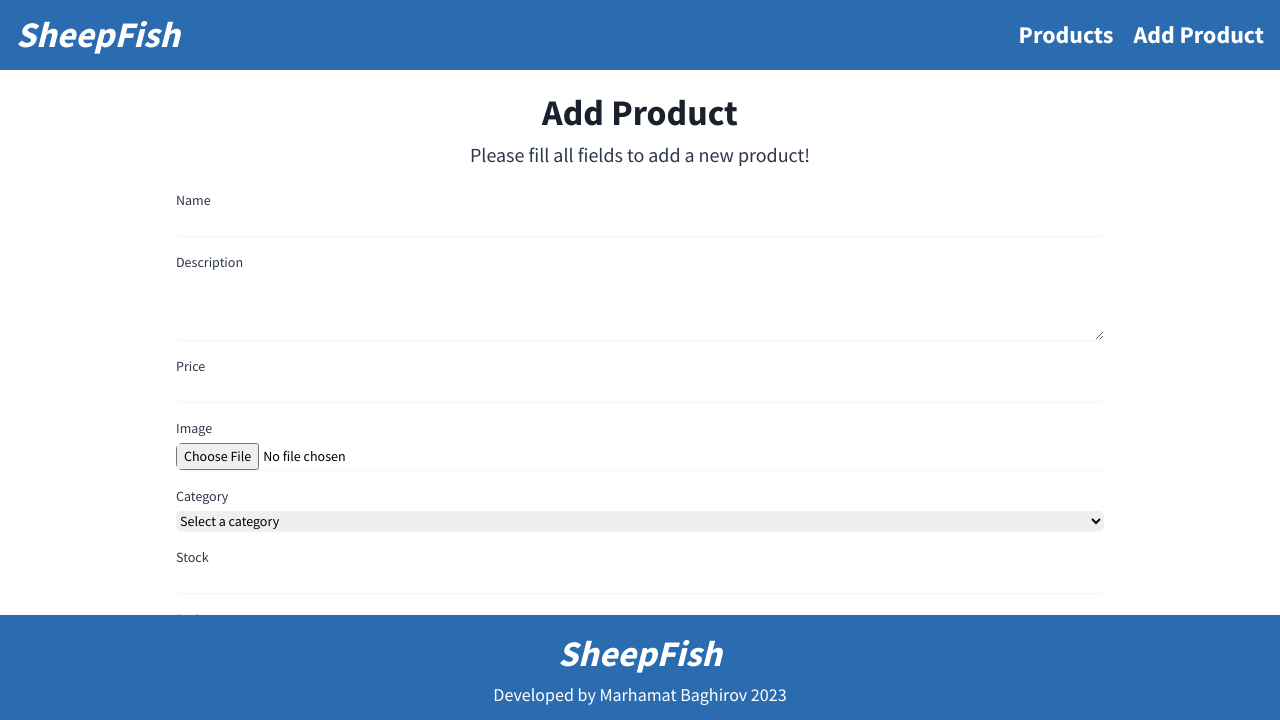
Repository: Marhamat92/sheep-fish-task
Page: /products/add
The author's editor kept a copy of each file at every save. The page is drawn from the files as they stood at one save, then again after the next save.
The browser window is 1280 px wide. The pictures show the whole page.
The project was rebuilt for these pictures with package versions that can differ from the ones it lists, and the page was loaded fresh each time. Also part of the build but not shown: src/App.css, src/components/SearchField.tsx, src/components/ListTable.tsx, src/pages/Products/ProductList.tsx.

Above is the page before, as saved 2023-03-28 19:49:16.

### public/index.html
<!DOCTYPE html>
<html lang="en">

<head>
  <meta charset="utf-8" />
  <link rel="icon" href="%PUBLIC_URL%/favicon.ico" />
  <meta name="viewport" content="width=device-width, initial-scale=1" />
  <meta name="theme-color" content="#000000" />
  <meta name="description" content="Web site created using create-react-app" />
  <link rel="apple-touch-icon" href="%PUBLIC_URL%/logo192.png" />
  <link rel="preconnect" href="https://fonts.googleapis.com">
  <link rel="preconnect" href="https://fonts.gstatic.com" crossorigin>
  <link href="https://fonts.googleapis.com/css2?family=Source+Sans+Pro:wght@200;300;400;600;700;900&display=swap"
    rel="stylesheet">
  <!--
      manifest.json provides metadata used when your web app is installed on a
      user's mobile device or desktop. See https://developers.google.com/web/fundamentals/web-app-manifest/
    -->
  <link rel="manifest" href="%PUBLIC_URL%/manifest.json" />
  <!--
      Notice the use of %PUBLIC_URL% in the tags above.
      It will be replaced with the URL of the `public` folder during the build.
      Only files inside the `public` folder can be referenced from the HTML.

      Unlike "/favicon.ico" or "favicon.ico", "%PUBLIC_URL%/favicon.ico" will
      work correctly both with client-side routing and a non-root public URL.
      Learn how to configure a non-root public URL by running `npm run build`.
    -->
  <title>SheepFish</title>
</head>

<body>
  <noscript>You need to enable JavaScript to run this app.</noscript>
  <div id="root"></div>
  <!--
      This HTML file is a template.
      If you open it directly in the browser, you will see an empty page.

      You can add webfonts, meta tags, or analytics to this file.
      The build step will place the bundled scripts into the <body> tag.

      To begin the development, run `npm start` or `yarn start`.
      To create a production bundle, use `npm run build` or `yarn build`.
    -->
</body>

</html>

### src/index.css
@tailwind base;
@tailwind components;
@tailwind utilities;


body {
  font-family: 'Source Sans Pro', sans-serif;
}

code {
  font-family: 'Source Sans Pro', sans-serif;
}

### src/App.tsx
import React from "react";
import logo from "./logo.svg";
import "./App.css";
import Header from "./components/Header";
import Layout from "./Layout/Layout";
import BaseRouter from "./routes";

function App() {
  return (
    <div>
      <Layout>
        <BaseRouter />
      </Layout>
    </div>
  );
}

export default App;

### src/Layout/Layout.tsx
import React from "react";
import Header from "../components/Header";
import Footer from "../components/Footer";

type Props = {
  children: React.ReactNode;
};

const Layout = ({ children }: Props) => {
  return (
    <div>
      <Header />
      {children}
      <Footer />
    </div>
  );
};

export default Layout;

### src/routes.js
import { Route, Routes } from "react-router-dom";
import React from "react";
import ProductList from "./pages/Products/ProductList";
import AddProduct from "./pages/Products/AddProduct";

const BaseRouter = () => (
  <Routes>
    <Route exact path="/" element={
      <ProductList />
    } />
    <Route exact path="/products"
      element={
        <ProductList />
      }
    />
    <Route exact path="/products/add" element={
      <AddProduct />
    } />
  </Routes>
);

export default BaseRouter;

### src/components/Header.tsx
import React, { useEffect, useState } from "react";
import { Link } from "react-router-dom";
import { BiMenu } from "react-icons/bi";

type Props = {};

const Header = (props: Props) => {
  const [mobileMenu, setMobileMenu] = useState(false);
  const [showMobileMenu, setShowMobileMenu] = useState(false);

  const checkScreenSize = () => {
    if (window.innerWidth <= 768) {
      setMobileMenu(true);
    } else {
      setMobileMenu(false);
      setShowMobileMenu(false);
    }
  };

  useEffect(() => {
    checkScreenSize();
    window.addEventListener("resize", checkScreenSize);
    return () => {
      window.removeEventListener("resize", checkScreenSize);
    };
  }, [mobileMenu]);

  return (
    <div className=' bg-mainPrimary '>
      <div className='container flex flex-row justify-between items-center py-2'>
        <div>
          <h1
            className='
            text-4xl font-bold text-white italic
          '
          >
            SheepFish
          </h1>
        </div>
        {mobileMenu ? (
          <BiMenu
            onClick={() => {
              setShowMobileMenu(true);
            }}
            className='text-3xl text-white'
          />
        ) : (
          <div className='flex flex-row justify-between space-x-5'>
            <Link to='/products'>
              <div
                className='text-2xl font-bold text-white hover:underline transition-all duration-300
          cursor-pointer'
              >
                Products
              </div>
            </Link>
            <Link to='/products/add'>
              <div className='text-2xl font-bold text-white hover:underline transition-all duration-300 cursor-pointer'>
                Add Product
              </div>
            </Link>
          </div>
        )}
        {showMobileMenu && (
          <div className='bg-mainTertiary h-screen absolute top-0 left-0 right-0 '>
            <div className='flex flex-col justify-center items-center'>
              <div className='text-2xl font-bold text-white hover:underline transition-all duration-300 cursor-pointer'>
                Products
              </div>
              <div className='text-2xl font-bold text-white hover:underline transition-all duration-300 cursor-pointer'>
                Add Product
              </div>
            </div>
          </div>
        )}
      </div>
    </div>
  );
};

export default Header;

### src/components/Footer.tsx
import React from "react";

type Props = {};

const Footer = ({}: Props) => {
  return (
    <div className='bg-mainPrimary py-3 absolute bottom-0 w-full'>
      <div className='container mx-auto flex flex-col items-center justify-center'>
        <h1 className='text-4xl font-bold text-white italic text-center'>
          SheepFish
        </h1>
        <p className='text-white font-regular text-lg text-center'>
          Developed by Marhamat Baghirov {new Date().getFullYear()}
        </p>
      </div>
    </div>
  );
};

export default Footer;

### src/pages/Products/AddProduct.tsx
import React from "react";
import Form from "../../components/Form";

type Props = {};

const AddProduct = (props: Props) => {
  return (
    <div className='container flex flex-col'>
      <div className='flex flex-col items-center justify-center mt-4'>
        <h1 className='text-4xl font-bold text-textPrimary'>Add Product</h1>
        <p className='text-textSecondary text-xl text-center'>
          Please fill all fields to add a new product!
        </p>
      </div>
      <div>
        <Form />
      </div>
    </div>
  );
};

export default AddProduct;

### src/components/Form.tsx
import React from "react";

type Props = {};

const Form = (props: Props) => {
  return (
    <div className='mt-5 px-40'>
      <form className='flex flex-col'>
        <div className='flex flex-col'>
          <label
            htmlFor='name'
            className='text-textSecondary text-sm font-medium'
          >
            Name
          </label>
          <input
            type='text'
            name='name'
            id='name'
            className='mt-1 focus:ring-indigo-500 focus:border-indigo-500 block w-full shadow-sm sm:text-sm border-black rounded-md'
          />
        </div>
        <div className='flex flex-col mt-4'>
          <label
            htmlFor='description'
            className='text-textSecondary text-sm font-medium'
          >
            Description
          </label>
          <textarea
            name='description'
            id='description'
            rows={3}
            className='mt-1 focus:ring-indigo-500 focus:border-indigo-500 block w-full shadow-sm sm:text-sm border-gray-300 rounded-md'
            defaultValue={""}
          />
        </div>
        <div className='flex flex-col mt-4'>
          <label
            htmlFor='price'
            className='text-textSecondary text-sm font-medium'
          >
            Price
          </label>
          <input
            type='number'
            name='price'
            id='price'
            className='mt-1 focus:ring-indigo-500 focus:border-indigo-500 block w-full shadow-sm sm:text-sm border-gray-300 rounded-md'
          />
        </div>
        <div className='flex flex-col mt-4'>
          <label
            htmlFor='image'
            className='text-textSecondary text-sm font-medium'
          >
            Image
          </label>
          <input
            type='file'
            name='image'
            id='image'
            className='mt-1 focus:ring-indigo-500 focus:border-indigo-500 block w-full shadow-sm sm:text-sm border-gray-300 rounded-md'
          />
        </div>
        <div className='flex flex-col mt-4'>
          <label
            htmlFor='category'
            className='text-textSecondary text-sm font-medium'
          >
            Category
          </label>
          <select
            name='category'
            id='category'
            className='mt-1 focus:ring-indigo-500 focus:border-indigo-500 block w-full shadow-sm sm:text-sm border-gray-300 rounded-md'
          >
            <option value=''>Select a category</option>
            <option value='electronics'>Electronics</option>
          </select>
        </div>
        <div className='flex flex-col mt-4'>
          <label
            htmlFor='stock'
            className='text-textSecondary text-sm font-medium'
          >
            Stock
          </label>
          <input
            type='number'
            name='stock'
            id='stock'
            className='mt-1 focus:ring-indigo-500 focus:border-indigo-500 block w-full shadow-sm sm:text-sm border-gray-300 rounded-md'
          />
        </div>
        <div className='flex flex-col mt-4'>
          <label
            htmlFor='rating'
            className='text-textSecondary text-sm font-medium'
          >
            Rating
          </label>
          <input
            type='number'
            name='rating'
            id='rating'
            className='mt-1 focus:ring-indigo-500 focus:border-indigo-500 block w-full shadow-sm sm:text-sm border-gray-300 rounded-md'
          />
        </div>
        <button
          type='submit'
          className='mt-4 bg-indigo-500 hover:bg-indigo-700 text-white font-bold py-2 px-4 rounded'
        >
          Add Product
        </button>
      </form>
    </div>
  );
};

export default Form;

### tailwind.config.js
/** @type {import('tailwindcss').Config} */
module.exports = {
  content: ["./src/**/*.{js,jsx,ts,tsx}",],
  theme: {
    extend: {
      colors: {
        "textPrimary": "#1a202c",
        "textSecondary": "#2d3748",
        "textTertiary": "#4a5568",
        "mainPrimary": "#2b6cb0",
        "mainSecondary": "#4299e1",
        "mainTertiary": "#63b3ed",
        "success": "#48bb78",
        "danger": "#e53e3e",
        "warning": "#dd6b20",
        "info": "#3182ce",
        "light": "#f7fafc",
        "dark": "#1a202c",
        "white": "#fff",
        "black": "#000",
        //close this
      },
      fontFamily: {
        sans: ["Roboto", "sans-serif"],
      },
      fontSize: {
        "xs": ".75rem",
        "sm": ".875rem",
        "tiny": ".875rem",
        "base": "1rem",
        "lg": "1.125rem",
        "xl": "1.25rem",
        "2xl": "1.5rem",
        "3xl": "1.875rem",
        "4xl": "2.25rem",
        "5xl": "3rem",
        "6xl": "4rem",
        "7xl": "5rem",
        "8xl": "6rem",
        "9xl": "7rem",
        "10xl": "8rem",
      },
      spacing: {
        "0": "0",
        "1": "0.25rem",
        "2": "0.5rem",
        "3": "0.75rem",
        "4": "1rem",
        "5": "1.25rem",
        "6": "1.5rem",
        "8": "2rem",
      },
      boxShadow: {
        "xs": "0 0 0 1px rgba(0, 0, 0, 0.05)",
        "sm": "0 1px 2px 0 rgba(0, 0, 0, 0.05)",
        "default": "0 1px 3px 0 rgba(0, 0, 0, 0.1), 0 1px 2px 0 rgba(0, 0, 0, 0.06)",
        "md": "0 4px 6px -1px rgba(0, 0, 0, 0.1), 0 2px 4px -1px rgba(0, 0, 0, 0.06)",
        "lg": "0 10px 15px -3px rgba(0, 0, 0, 0.1), 0 4px 6px -2px rgba(0, 0, 0, 0.05)",
        "xl": "0 20px 25px -5px rgba(0, 0, 0, 0.1), 0 10px 10px -5px rgba(0, 0, 0, 0.04)",
        "2xl": "0 25px 50px -12px rgba(0, 0, 0, 0.25)",
      },
      screens: {
        "xs": "320px",
        "sm": "640px",
        "md": "768px",
        "lg": "1024px",
        "xl": "1280px",
        "2xl": "1536px",
      },

      container: {
        center: true,
        padding: "1rem",
      },

    },
    plugins: [




    ],
  }
}

Loaded but not shown: src/index.tsx (common file); src/reportWebVitals.ts (common file)

After the next save:
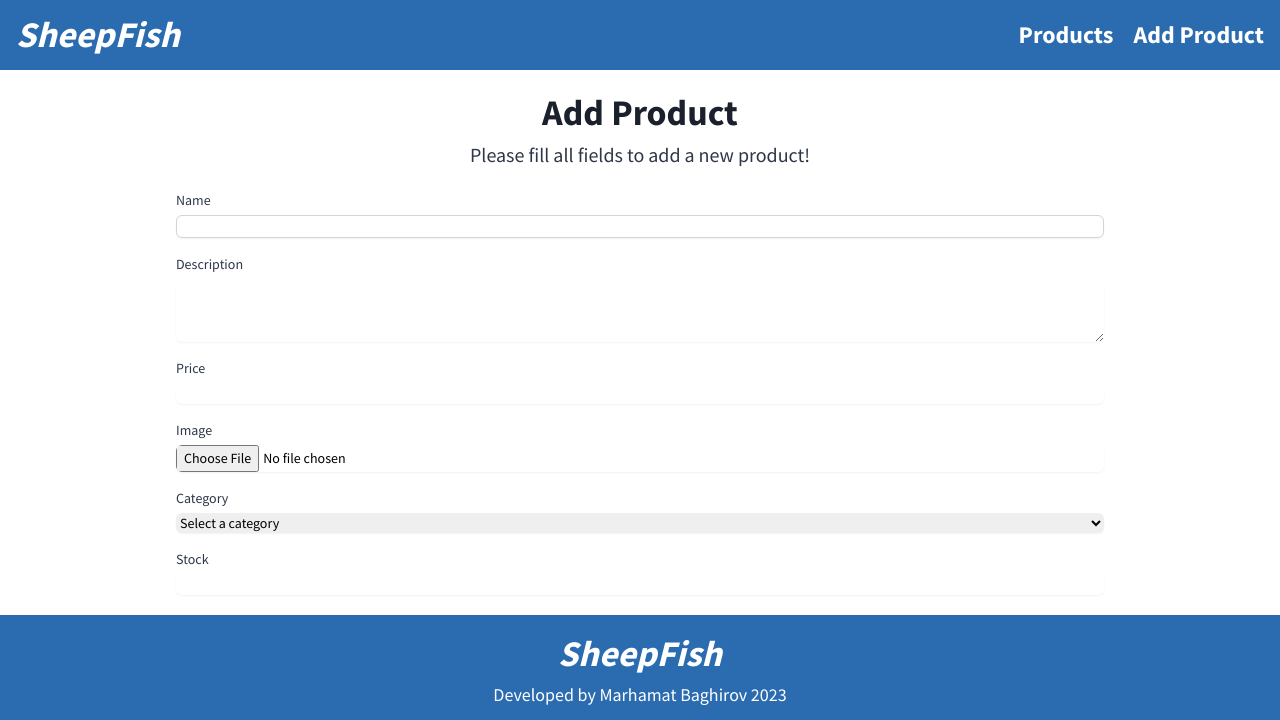
Saved 19 s later.
--- a/src/components/Form.tsx
+++ b/src/components/Form.tsx
@@ -17,7 +17,7 @@
             type='text'
             name='name'
             id='name'
-            className='mt-1 focus:ring-indigo-500 focus:border-indigo-500 block w-full shadow-sm sm:text-sm border-black rounded-md'
+            className='mt-1 focus:ring-indigo-500 focus:border-indigo-500 block w-full shadow-sm sm:text-sm border border-gray-300 rounded-md'
           />
         </div>
         <div className='flex flex-col mt-4'>
